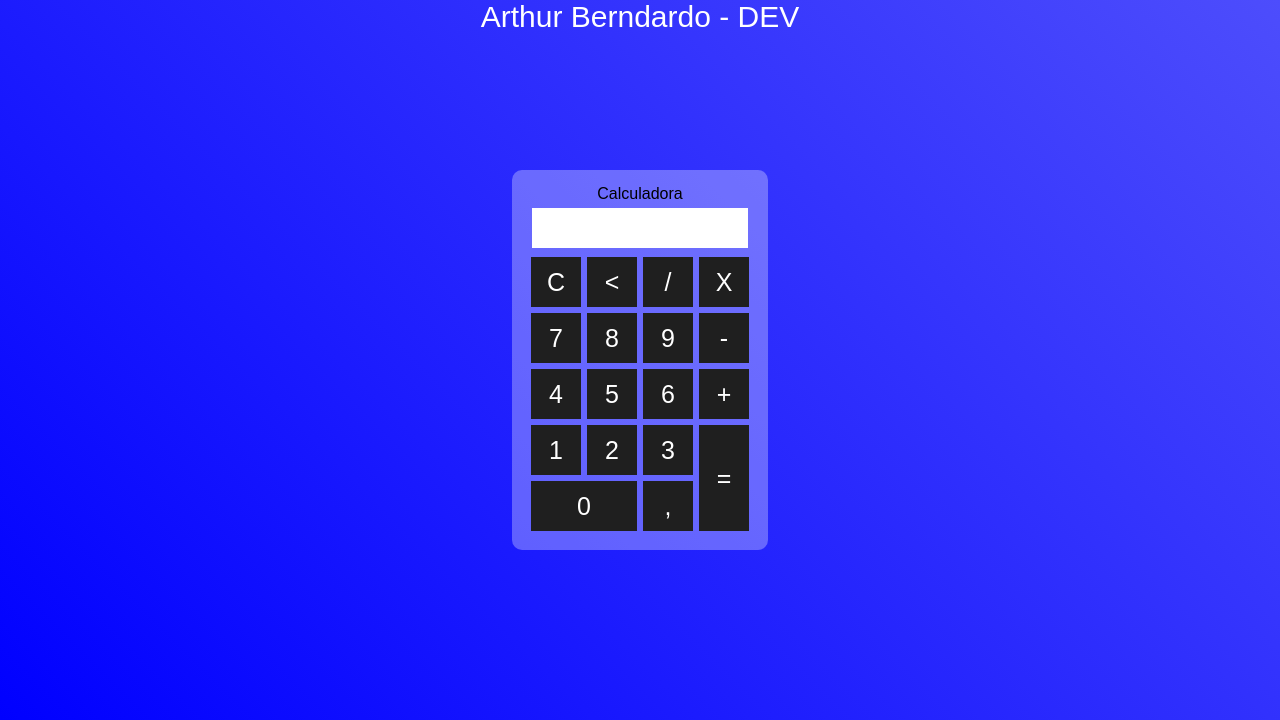
Repository: oThurDev/calculadora
Page: calculadora.html
An editor plug-in stored every save of this project. The page is shown before and after the next save, followed by the edit.
The browser window is 1280 px wide. The pictures show the whole page.

Above is the page before, as saved 2022-02-25 16:40:49.

After the next save:
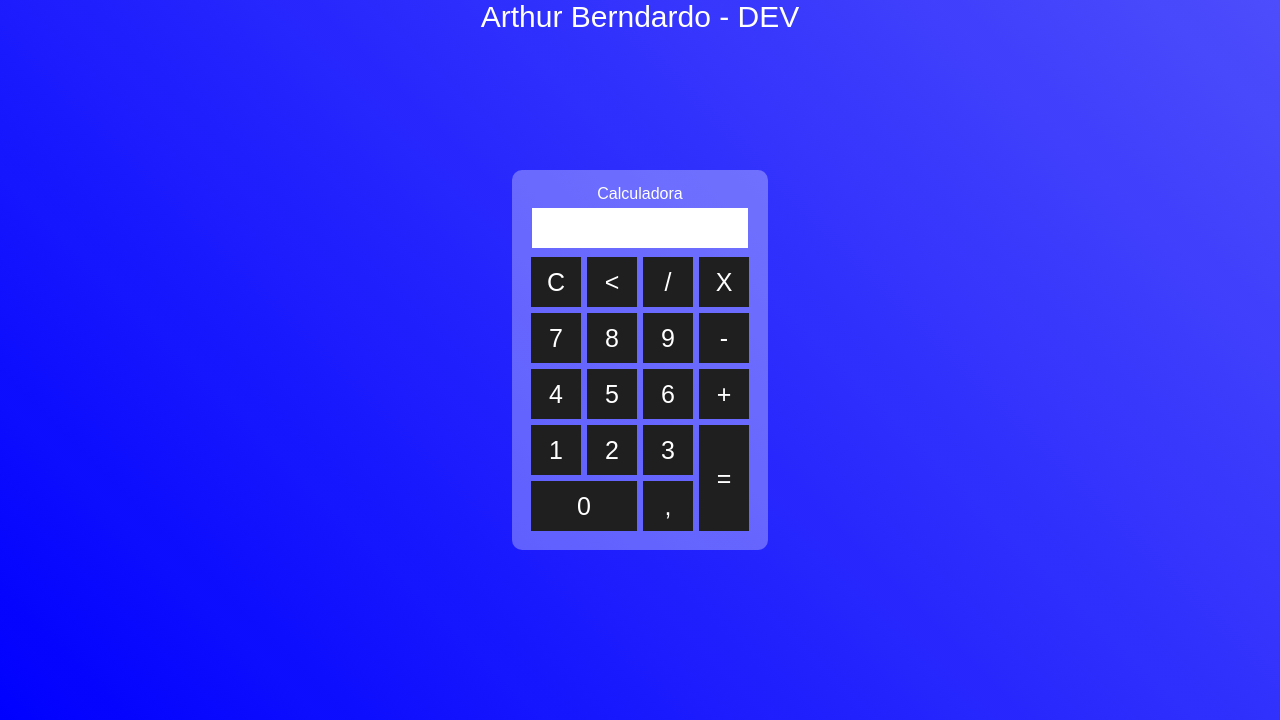
Saved 13 s later.
--- a/style_calculadora.css
+++ b/style_calculadora.css
@@ -6,14 +6,13 @@
 .fundo{
     background-image: linear-gradient(45deg, blue, rgb(77, 77, 252));
     height: 100vh;
-    color: black;
+    color: white;
     font-family: Arial, Helvetica, sans-serif;
     text-align: center;
 }
 
 .title{
     font-size: 30px;
-    color: white;
 }
 
 .calculadora{
